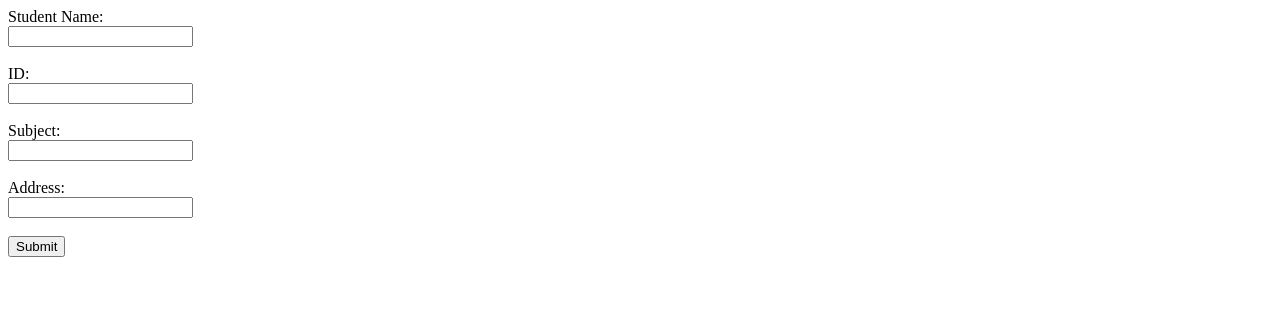
Repository: tuski/JavaProjects
Page: http://localhost/StudentFormDynamicWeb/infoForm.jsp
The author's editor kept a copy of each file at every save. The page is drawn from the files as they stood at one save, then again after the next save.
The browser window is 1280 px wide. The pictures show the whole page.
The page is served by Tomcat 9.

Above is the page before, as saved 2017-07-22 15:38:05.

### StudentFormDynamicWeb/WebContent/infoForm.jsp
<%@ page language="java" contentType="text/html; charset=ISO-8859-1"
    pageEncoding="ISO-8859-1" import= "com.Tusar.model.Student"%>
<!DOCTYPE html PUBLIC "-//W3C//DTD HTML 4.01 Transitional//EN" "http://www.w3.org/TR/html4/loose.dtd">
<html>
<head>
<meta http-equiv="Content-Type" content="text/html; charset=ISO-8859-1">
<title>Insert title here</title>
</head>
<body>

<form action="infoForm.jsp"  method="get">

Student Name: <br>
<input type="text" name="studentName"> <br>  <br>

ID: <br>
<input type="text" name="studentID"> <br> <br>

Subject: <br>
<input type="text" name="studentSubject"> <br> <br>
Address: <br>
<input type="text" name="studentAddress"> <br> <br>
<input type="submit" value="Submit">
</form>

<%
String    name=request.getParameter("studentName");
String    id=request.getParameter("studentID");
String    dept=request.getParameter("studentSubject");
String    adrs=request.getParameter("studentAddress");

Student s=new Student(name,id,dept,adrs);
s.toString();

%>


</body>
</html>

### StudentFormDynamicWeb/src/com/Tusar/model/Student.java
package com.Tusar.model;

import java.io.Serializable;

public class Student implements Serializable {

	private String name,id,dept,address;

	public Student(String name, String id, String dept, String address) {
		super();
		this.name = name;
		this.id = id;
		this.dept = dept;
		this.address = address;
	}

	public String getName() {
		return name;
	}

	@Override
	public String toString() {
		return "Student [name=" + name + ", id=" + id + ", dept=" + dept + ", address=" + address + "]";
	}

	public String getId() {
		return id;
	}

	public String getDept() {
		return dept;
	}

	public String getAddress() {
		return address;
	}



}

After the next save:
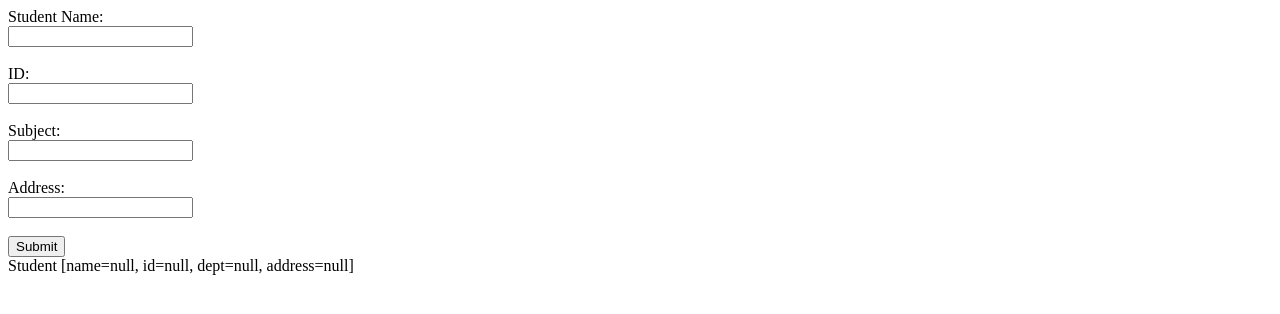
Saved 76 s later.
--- a/StudentFormDynamicWeb/WebContent/infoForm.jsp
+++ b/StudentFormDynamicWeb/WebContent/infoForm.jsp
@@ -30,8 +30,8 @@
 String    adrs=request.getParameter("studentAddress");
 
 Student s=new Student(name,id,dept,adrs);
-s.toString();
 
+out.println(s.toString());
 %>
 
 

After the save that followed:
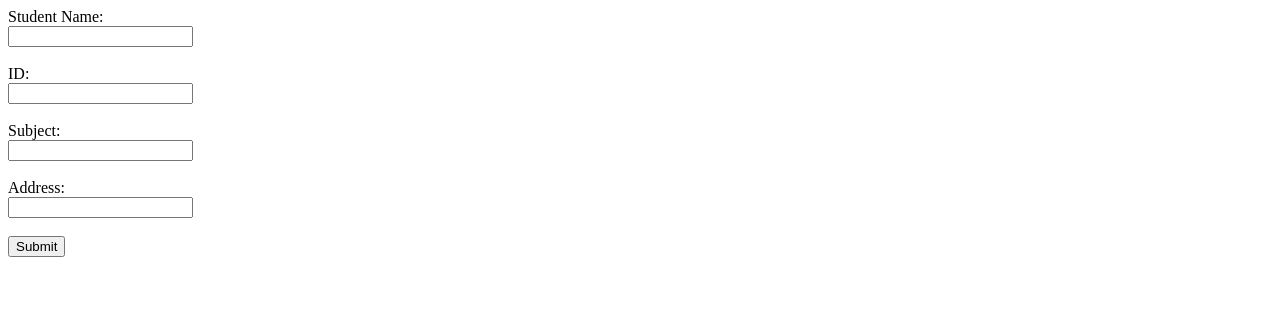
Saved 70 s later.
--- a/StudentFormDynamicWeb/WebContent/infoForm.jsp
+++ b/StudentFormDynamicWeb/WebContent/infoForm.jsp
@@ -30,7 +30,7 @@
 String    adrs=request.getParameter("studentAddress");
 
 Student s=new Student(name,id,dept,adrs);
-
+if(name!=null)
 out.println(s.toString());
 %>
 
